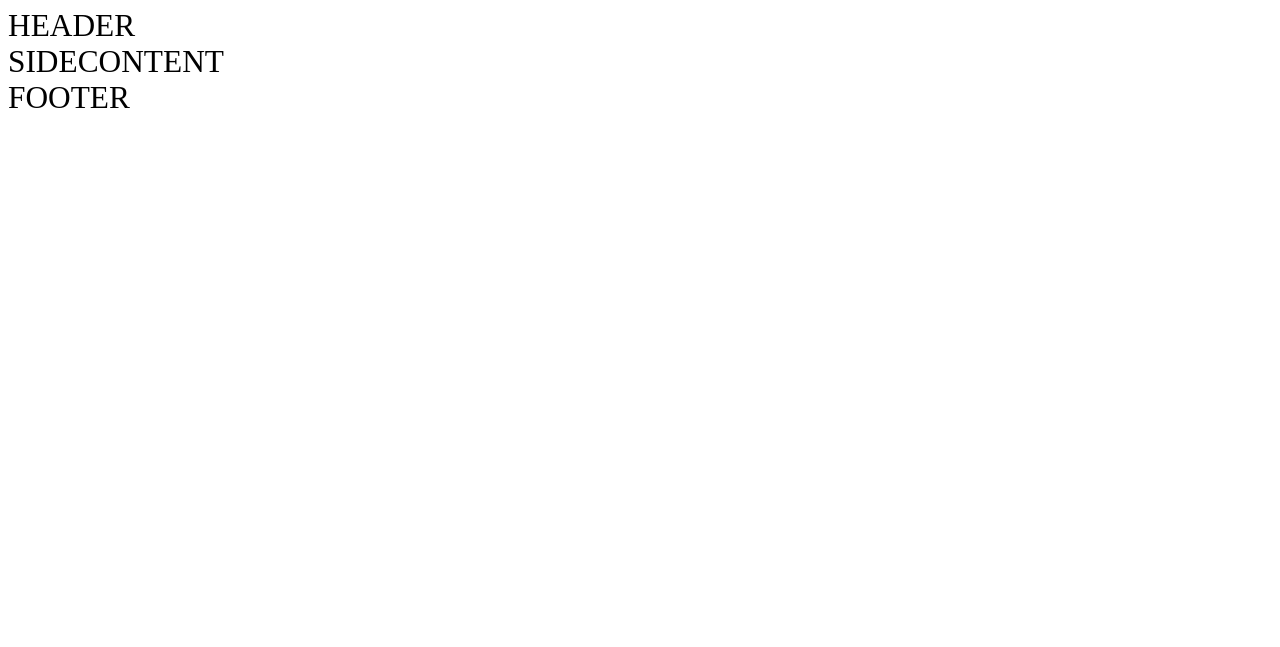
Repository: DuongThanhLong/Basic-responsive-HTML--CSS
Page: Flexbox/index.html
These files come from the project's save history. The page is drawn as it stood at one moment and after the next save; the edit follows.
The browser window is 1280 px wide. The pictures show the whole page.

Above is the page before, as saved 2021-09-21 16:27:56.

### Flexbox/index.html
<!DOCTYPE html>
<html lang="en">

<head>
    <meta charset="UTF-8">
    <meta http-equiv="X-UA-Compatible" content="IE=edge">
    <meta name="viewport" content="width=device-width, initial-scale=1.0">
    <title>Flexbox</title>
    <style>
        * {
            box-sizing: inherit;
            font-size: 1.4rem;
        }

        header {}

        .center {
            display: flex;
        }

        .side {}

        footer {}
    </style>
</head>

<body>
    <header>HEADER</header>
    <div class="center">
        <div class="side">SIDE</div>
        <div class="content">CONTENT</div>
    </div>
    <footer>FOOTER</footer>
</body>

</html>

After the next save:
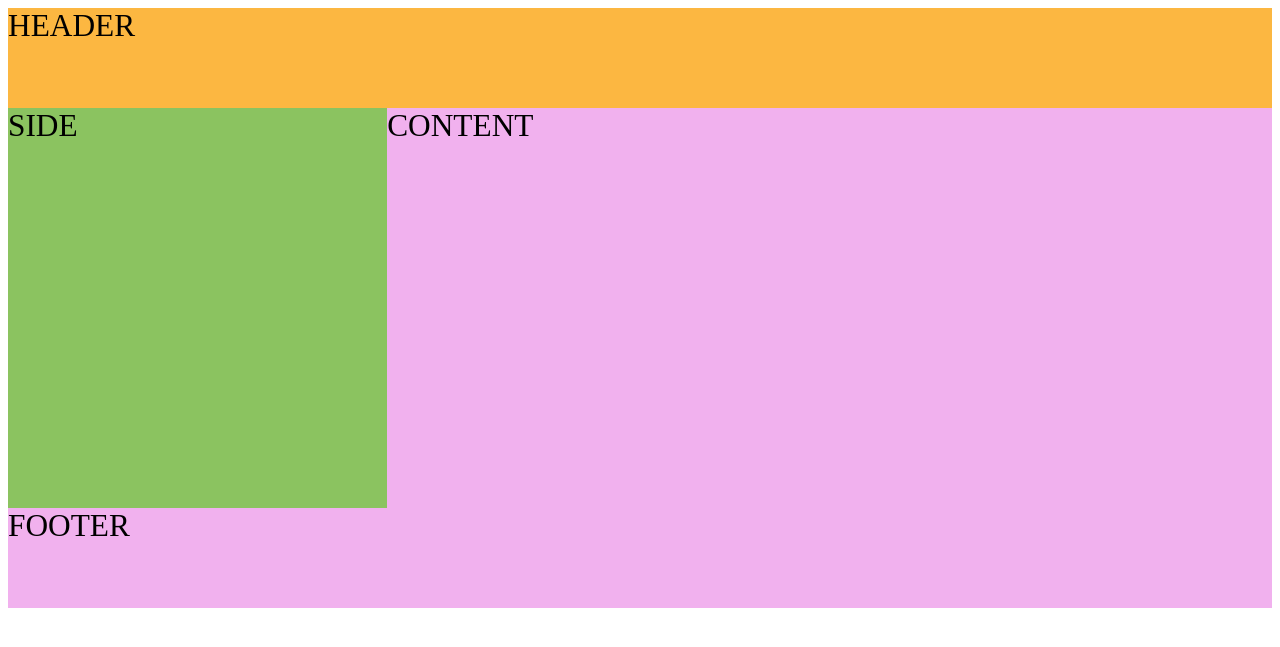
Saved 54 s later.
--- a/Flexbox/index.html
+++ b/Flexbox/index.html
@@ -12,15 +12,30 @@
             font-size: 1.4rem;
         }
 
-        header {}
+        header {
+            background-color: #FCB741;
+            height: 100px;
+        }
 
         .center {
             display: flex;
+            height: 400px;
         }
 
-        .side {}
+        .side {
+            width: 30%;
+            background-color: #8BC360;
+        }
 
-        footer {}
+        .content {
+            width: 70%;
+            background-color: #F1B1EE;
+        }
+
+        footer {
+            background-color: #F1B1EE;
+            height: 100px;
+        }
     </style>
 </head>
 
